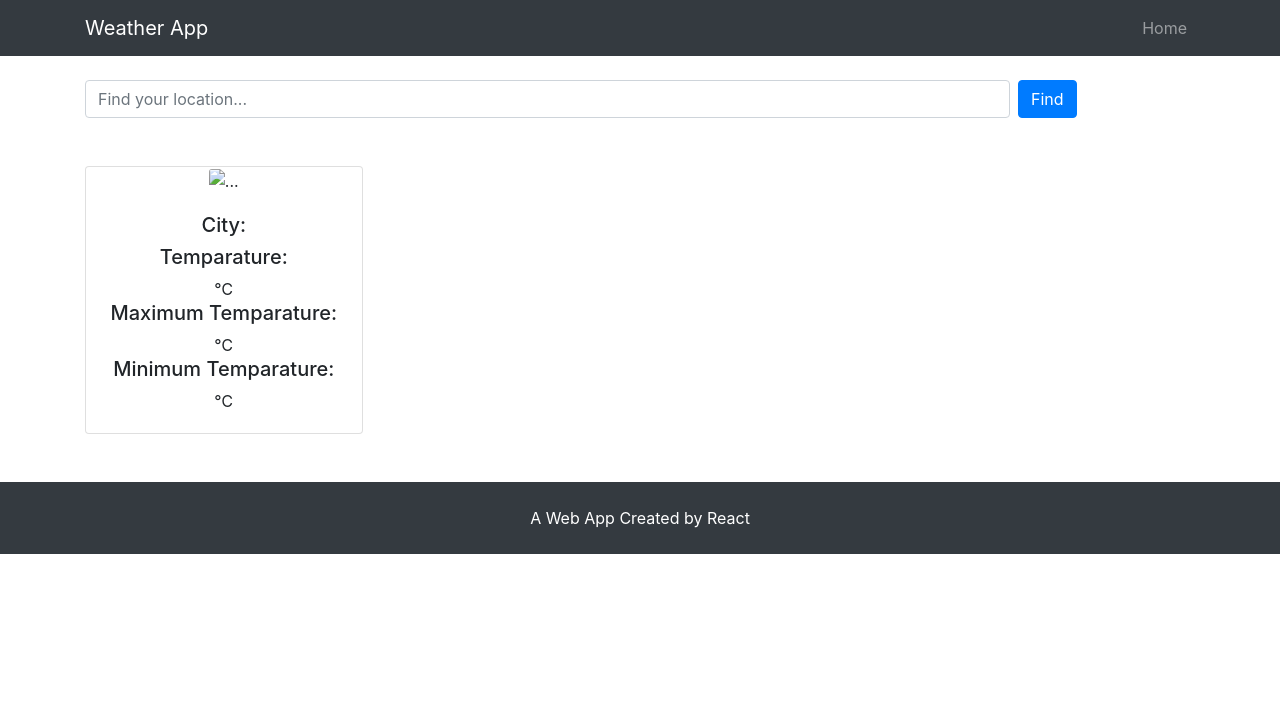
Repository: smk87/weather-app-react
Page: /
An editor plug-in stored every save of this project. The page is shown before and after the next save, followed by the edit.
The browser window is 1280 px wide. The pictures show the whole page.
The page's requests for data from a server got no answer. Some web libraries are served in a nearby version. The project was rebuilt for these pictures with package versions that can differ from the ones it lists, and the page was loaded fresh each time. A package was used in the major version that the imports need, not the one package.json lists. No one was signed in, and anything a server would have sent is missing.

Above is the page before, as saved 2019-02-06 17:41:29.

After the next save:
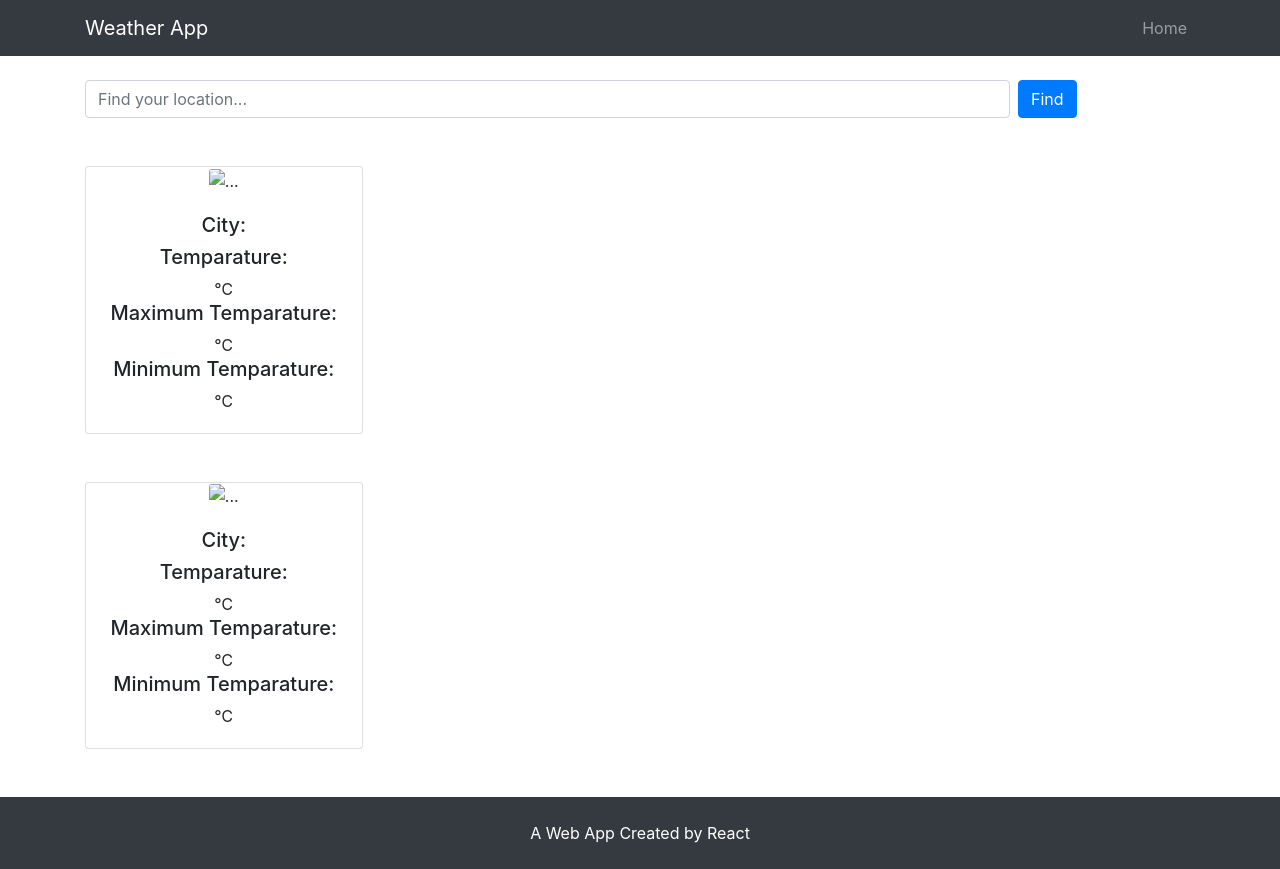
Saved 7 s later.
--- a/src/components/Home.js
+++ b/src/components/Home.js
@@ -41,6 +41,7 @@
           </form>
           <p>
             <Weather />
+            <Weather />
           </p>
         </div>
       </div>

After the 2 saves that followed:
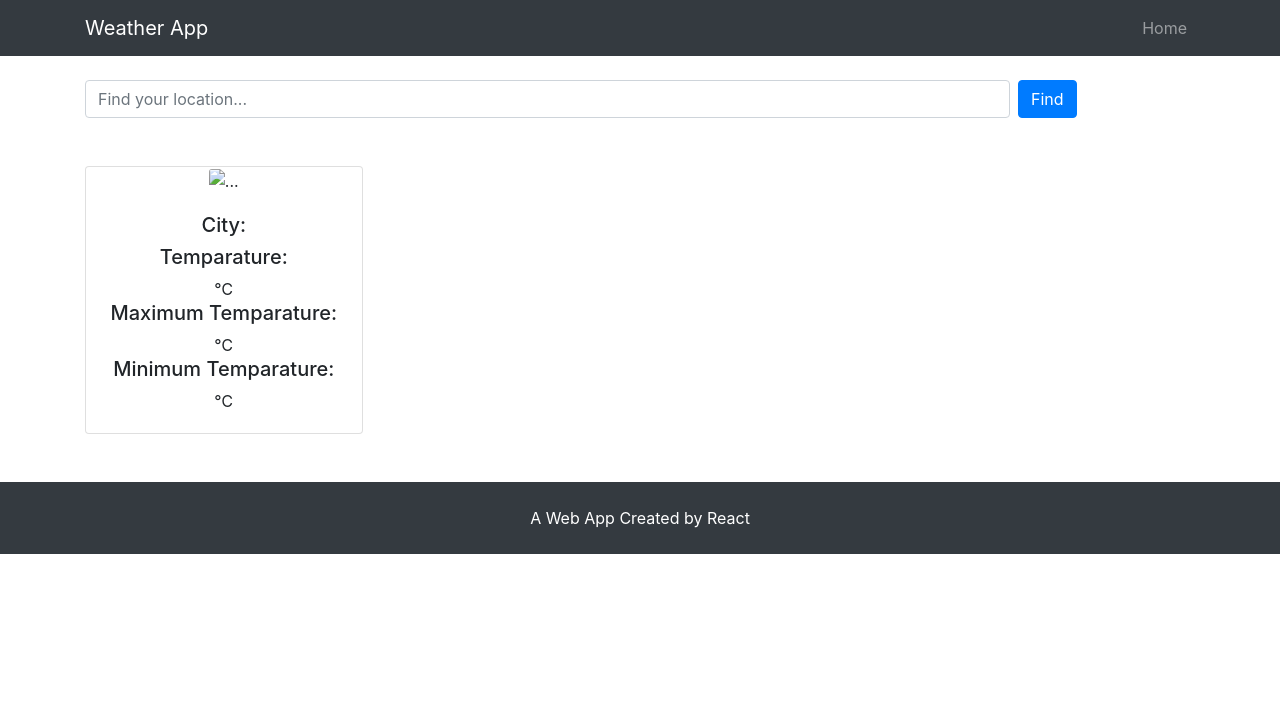
The 2 saves are shown as one change because 1 left the picture as it was.
The last was saved 83 s later.
--- a/src/components/Home.js
+++ b/src/components/Home.js
@@ -39,10 +39,9 @@
               value="Find"
             />
           </form>
-          <p>
-            <Weather />
-            <Weather />
-          </p>
+          <row>
+            <Weather id="2344116" />
+          </row>
         </div>
       </div>
     );
